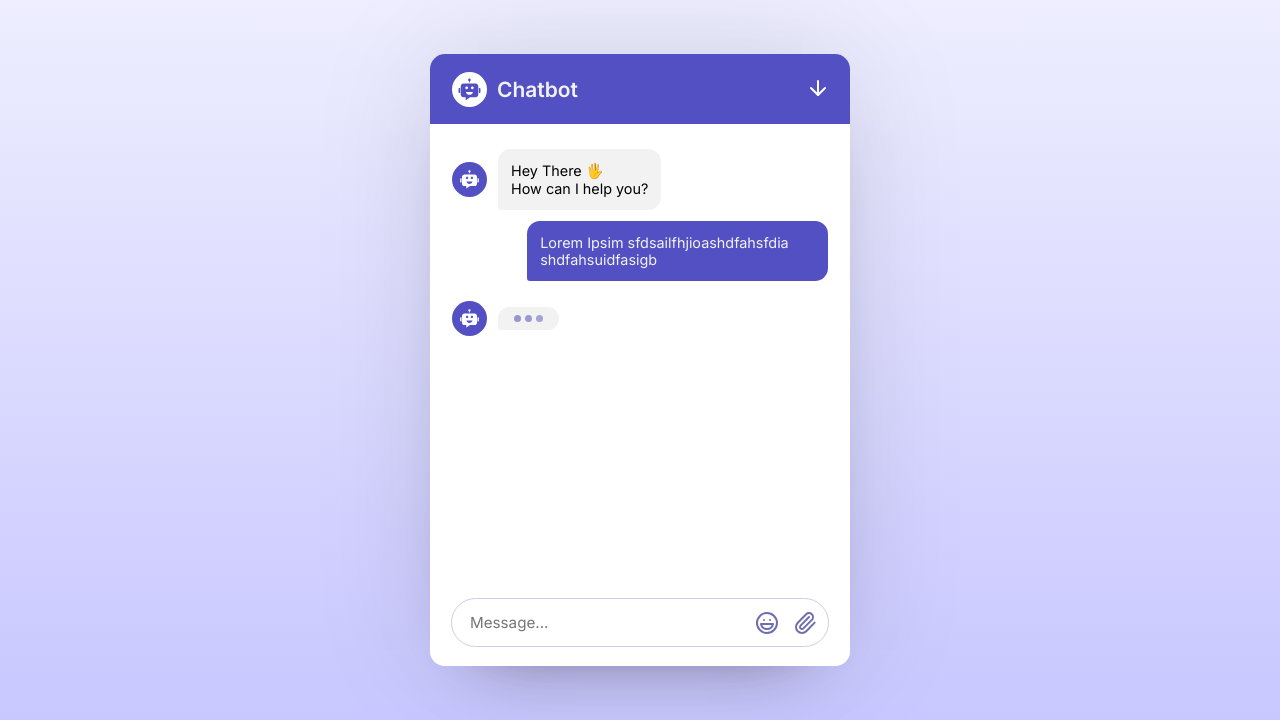
Repository: guilhermecardoso93/ai-bot
Page: /
An editor plug-in stored every save of this project. The page is shown before and after the next save, followed by the edit.
The browser window is 1280 px wide. The pictures show the whole page.
The project was rebuilt for these pictures with package versions that can differ from the ones it lists, and the page was loaded fresh each time. Also part of the build but not shown: vite.config.js.

Above is the page before, as saved 2024-11-13 18:50:13.

After the next save:
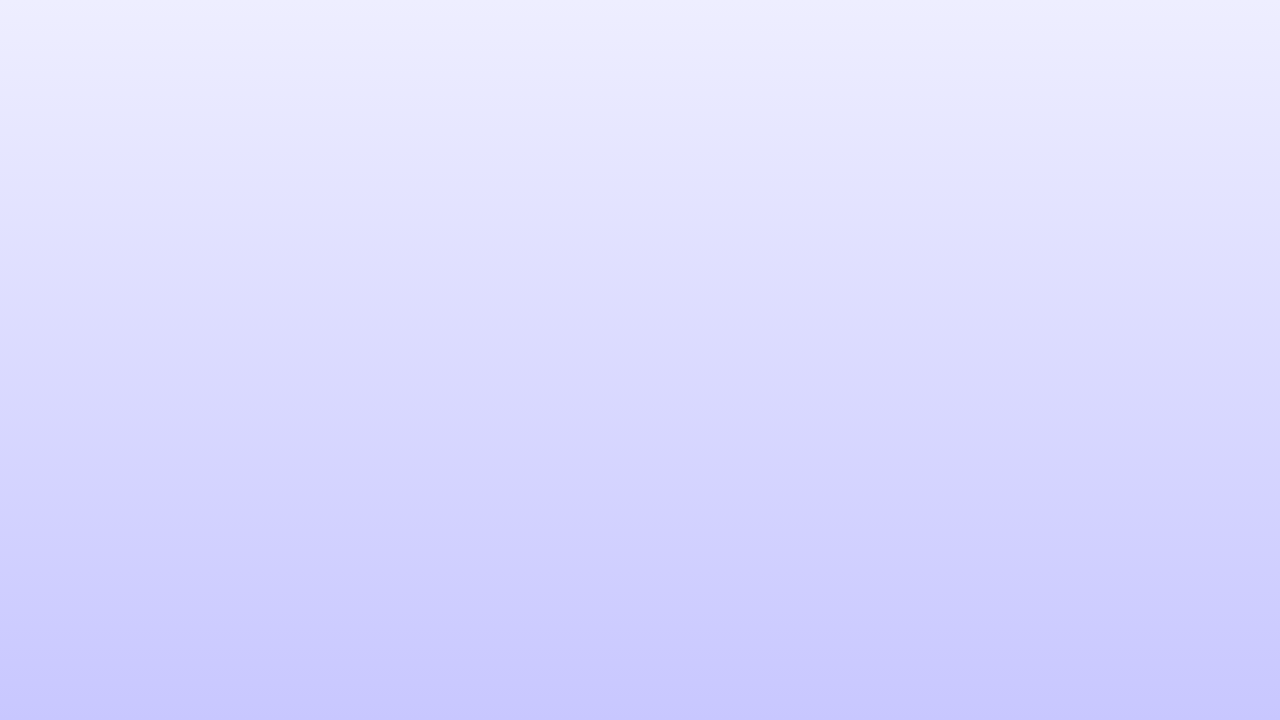
Console error: ReferenceError: useState is not defined
Saved 23 min 19 s later.
--- a/src/components/Main.jsx
+++ b/src/components/Main.jsx
@@ -1,7 +1,7 @@
-import { Hand, ArrowDown, Laugh, Paperclip, ArrowUp } from "lucide-react";
-import Logo from "../assets/logo.svg";
+import { ArrowDown, Laugh, Paperclip, ArrowUp } from "lucide-react";
 
 export function Main() {
+  const [messageInput, setMessageInput] = useState('')
   return (
     <div className="chatbot-popup">
       {/* Header */}

After the save that followed:
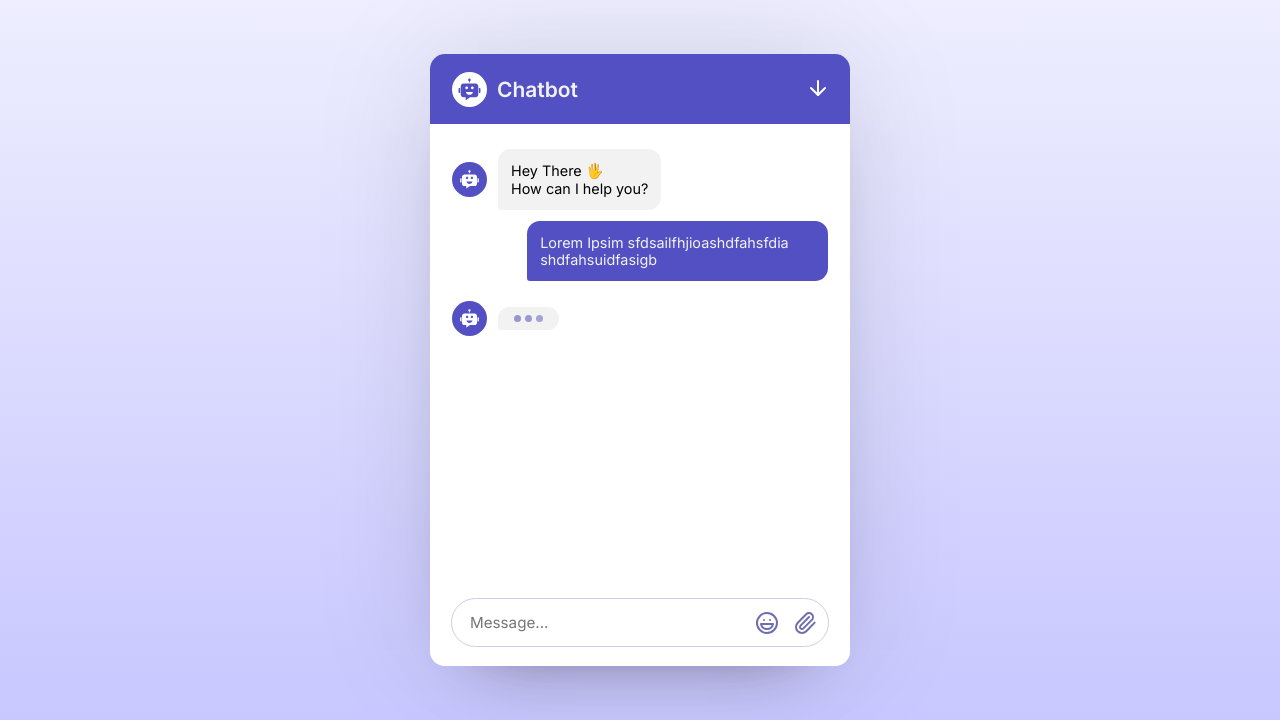
The error is gone.
Saved 9 s later.
--- a/src/components/Main.jsx
+++ b/src/components/Main.jsx
@@ -1,7 +1,8 @@
 import { ArrowDown, Laugh, Paperclip, ArrowUp } from "lucide-react";
+import { useState } from "react";
 
 export function Main() {
-  const [messageInput, setMessageInput] = useState('')
+  const [messageInput, setMessageInput] = useState("");
   return (
     <div className="chatbot-popup">
       {/* Header */}
